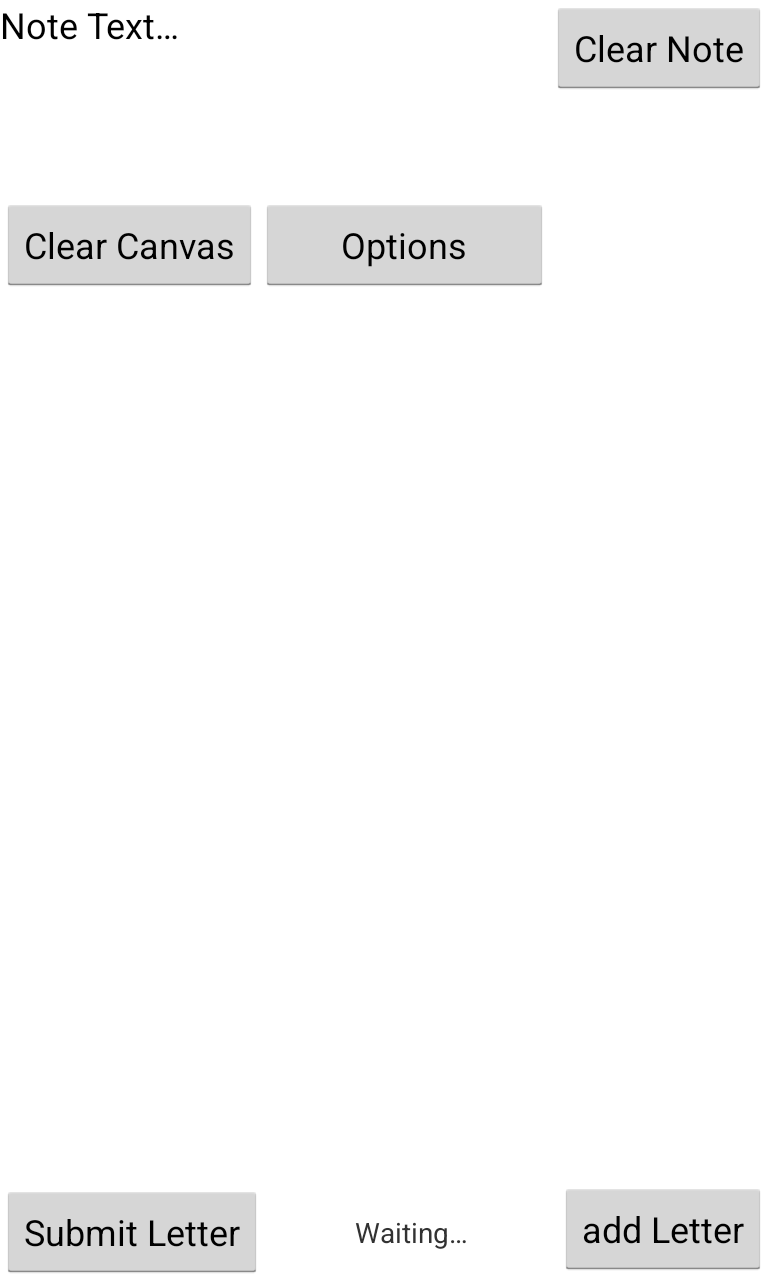
Repository: johnhof/App-Design
Layout: NoteTaker/res/layout/activity_main.xml
These files come from the project's save history. The layout is drawn as it stood at one moment and after the next save; the edit follows.
It is drawn on a 768 x 1280 px phone screen (xhdpi) without system bars, with theme AppTheme; the app's code is not run.

Above is the layout before, as saved 2013-02-01 01:32:03.

### NoteTaker/res/layout/activity_main.xml
<RelativeLayout xmlns:android="http://schemas.android.com/apk/res/android"
    xmlns:tools="http://schemas.android.com/tools"
    android:layout_width="match_parent"
    android:layout_height="match_parent"
    android:orientation="vertical"
    tools:context=".MainActivity" >

    <TextView
        android:id="@+id/textView1"
        android:layout_width="wrap_content"
        android:layout_height="wrap_content"
        android:layout_alignParentLeft="true"
        android:layout_alignParentRight="true"
        android:layout_alignParentTop="true"
        android:text="@string/note_text"
        android:textAppearance="?android:attr/textAppearanceMedium" />

    <TextView
        android:id="@+id/result_text"
        android:layout_width="wrap_content"
        android:layout_height="wrap_content"
        android:layout_alignBottom="@+id/submit_button"
        android:layout_alignTop="@+id/submit_button"
        android:layout_toLeftOf="@+id/add_button"
        android:layout_toRightOf="@+id/submit_button"
        android:gravity="center"
        android:text="@string/result_text" />

    <Button
        android:id="@+id/add_button"
        android:layout_width="wrap_content"
        android:layout_height="wrap_content"
        android:layout_alignBaseline="@+id/result_text"
        android:layout_alignBottom="@+id/result_text"
        android:layout_alignParentRight="true"
        android:text="@string/add_button" />

    <Button
        android:id="@+id/submit_button"
        android:layout_width="wrap_content"
        android:layout_height="wrap_content"
        android:layout_alignParentBottom="true"
        android:layout_alignParentLeft="true"
        android:text="@string/submit_button" />

    <Button
        android:id="@+id/options_button"
        android:layout_width="wrap_content"
        android:layout_height="wrap_content"
        android:layout_alignBaseline="@+id/button2"
        android:layout_alignBottom="@+id/button2"
        android:layout_toLeftOf="@+id/button1"
        android:layout_toRightOf="@+id/button2"
        android:text="@string/options_button" />

    <Button
        android:id="@+id/button2"
        android:layout_width="wrap_content"
        android:layout_height="wrap_content"
        android:layout_alignParentLeft="true"
        android:layout_below="@+id/textView1"
        android:layout_marginTop="74dp"
        android:text="@string/clear_canvas_button" />

    <Button
        android:id="@+id/button1"
        android:layout_width="wrap_content"
        android:layout_height="wrap_content"
        android:layout_alignParentRight="true"
        android:layout_alignTop="@+id/color_button"
        android:text="@string/clear_note_button" />

</RelativeLayout>

### NoteTaker/res/values/strings.xml
<?xml version="1.0" encoding="utf-8"?>
<resources>

    <string name="app_name">NoteTaker</string>
    <string name="menu_settings">Settings</string>
    <string name="submit_button">Submit Letter</string>
    <string name="add_button">add Letter</string>
    <string name="result_text">Waiting&#8230;</string>
    <string name="note_text">Note Text&#8230;</string>
    <string name="options_button">Options</string>
    <string name="clear_note_button">Clear Note</string>
    <string name="clear_canvas_button">Clear Canvas</string>



</resources>

Loaded but not shown: NoteTaker/res/values/styles.xml (common file); NoteTaker/res/values-v11/styles.xml (common file); NoteTaker/res/values-v14/styles.xml (common file)

After the next save:
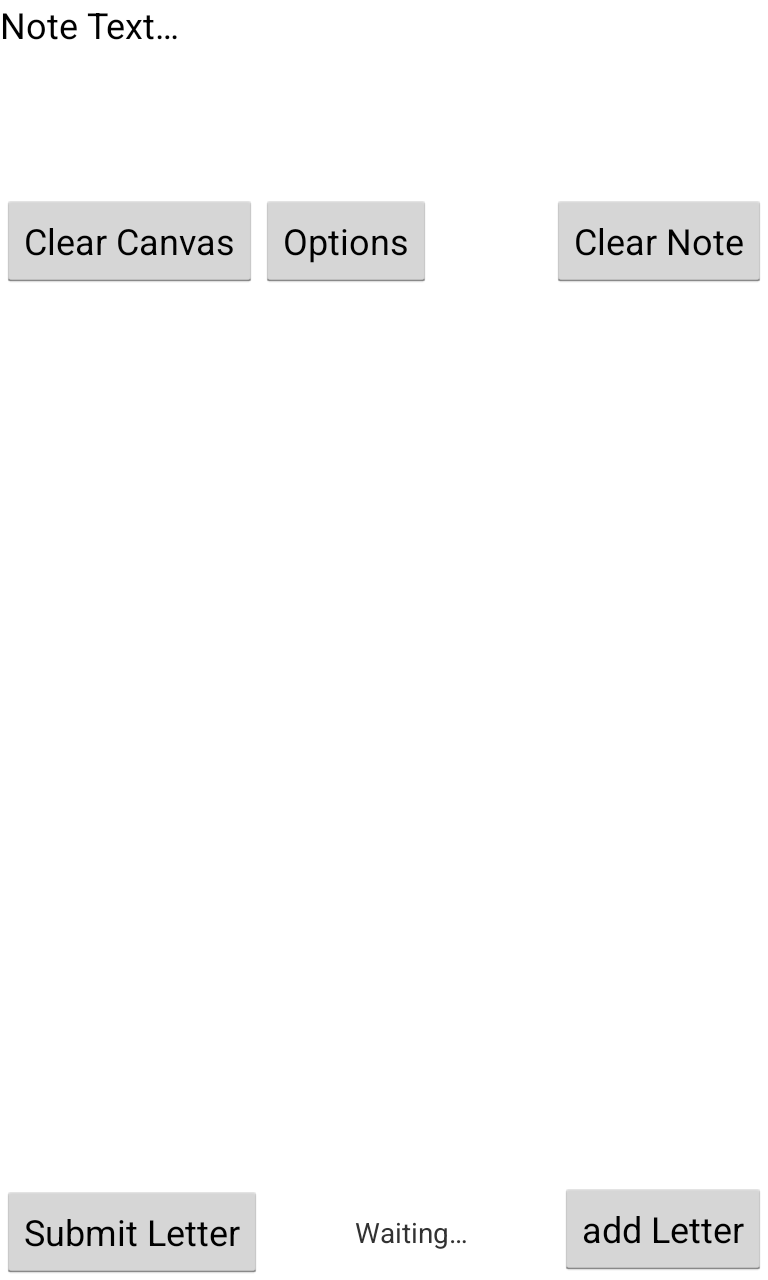
Saved 4 min 38 s later.
--- a/NoteTaker/res/layout/activity_main.xml
+++ b/NoteTaker/res/layout/activity_main.xml
@@ -44,30 +44,30 @@
         android:text="@string/submit_button" />
 
     <Button
-        android:id="@+id/options_button"
-        android:layout_width="wrap_content"
-        android:layout_height="wrap_content"
-        android:layout_alignBaseline="@+id/button2"
-        android:layout_alignBottom="@+id/button2"
-        android:layout_toLeftOf="@+id/button1"
-        android:layout_toRightOf="@+id/button2"
-        android:text="@string/options_button" />
-
-    <Button
         android:id="@+id/button2"
         android:layout_width="wrap_content"
         android:layout_height="wrap_content"
         android:layout_alignParentLeft="true"
         android:layout_below="@+id/textView1"
-        android:layout_marginTop="74dp"
+        android:layout_marginTop="72dp"
         android:text="@string/clear_canvas_button" />
 
     <Button
         android:id="@+id/button1"
         android:layout_width="wrap_content"
         android:layout_height="wrap_content"
+        android:layout_alignBaseline="@+id/options_button"
+        android:layout_alignBottom="@+id/options_button"
         android:layout_alignParentRight="true"
-        android:layout_alignTop="@+id/color_button"
         android:text="@string/clear_note_button" />
 
+    <Button
+        android:id="@+id/options_button"
+        android:layout_width="wrap_content"
+        android:layout_height="wrap_content"
+        android:layout_alignBaseline="@+id/button2"
+        android:layout_alignBottom="@+id/button2"
+        android:layout_toRightOf="@+id/button2"
+        android:text="@string/options_button" />
+
 </RelativeLayout>
